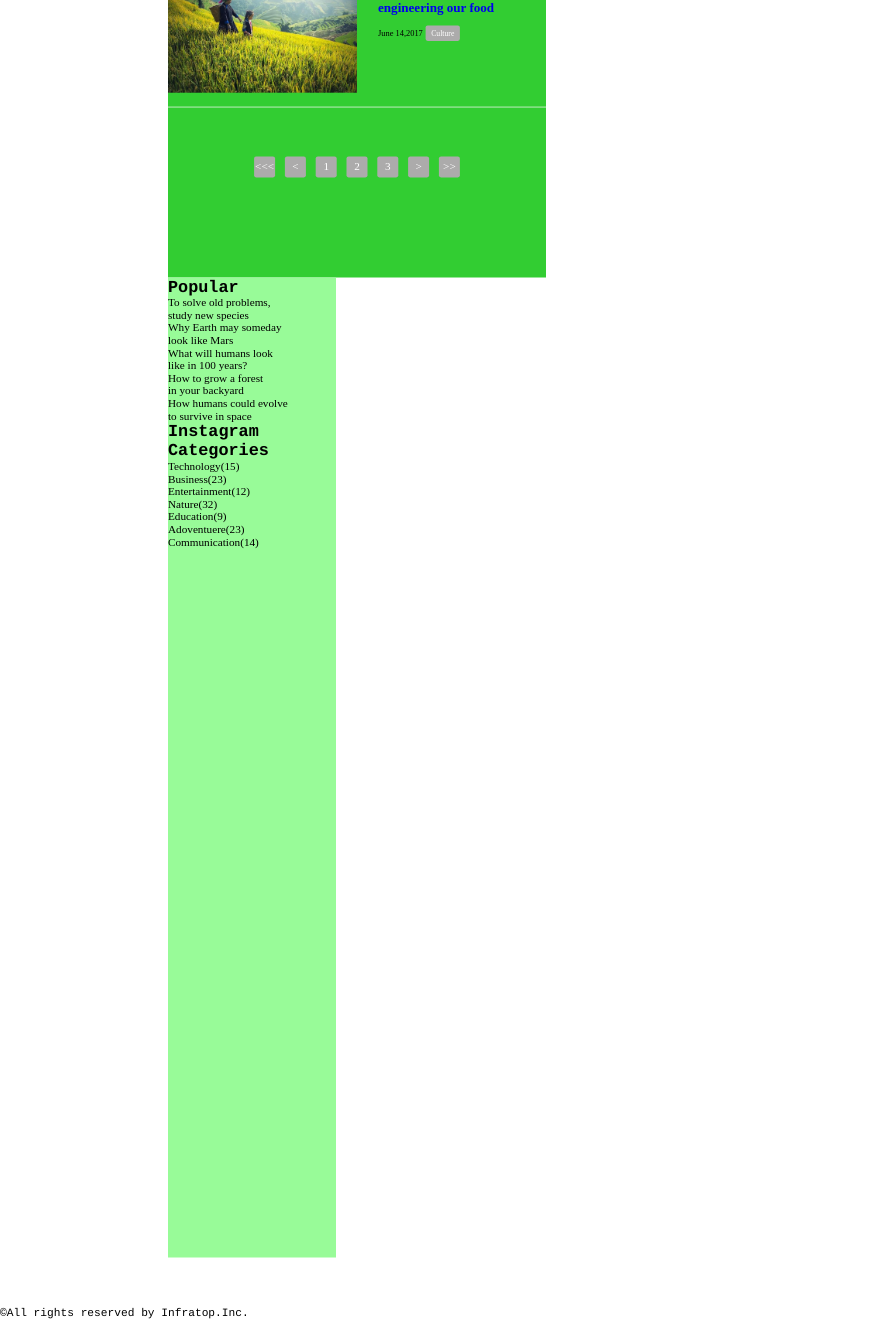
Repository: wakasugisatoi/git
Page: caravan/index2.html
The author's editor kept a record of every edit. The page is drawn from the files as they stood at one moment, then again after the next edit.
The browser window is 1280 px wide. The pictures show the part of the page from y = 4278 to 6198 px (the page is 6265 px tall), at 70% of full size.
Some web libraries are served in a nearby version.

Above is the page before.

After the next edit:
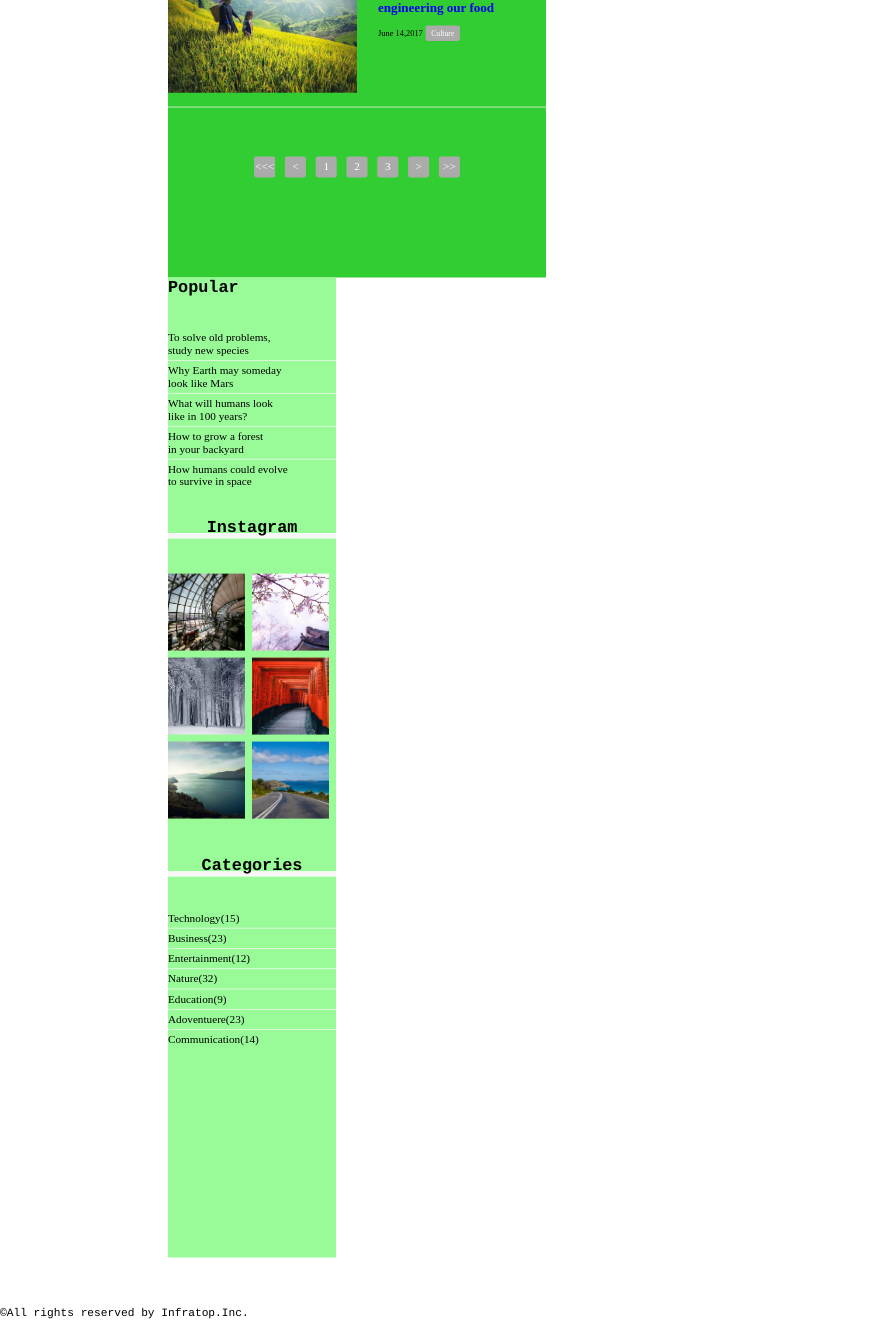
The edit:
--- a/caravan/style2.css
+++ b/caravan/style2.css
@@ -169,68 +169,68 @@
   background-color: palegreen;
 }
 
-/*.common-heading{*/
-/*  border-bottom: 8px solid #f7f7f7;*/
-/*  text-align: center;*/
-/*  line-height:0.6;*/
-/*}*/
-
-/*.sidebar-contents{*/
-/*  padding: 50px 0;*/
-/*}*/
-
-/*.popular-text,*/
-/*.categories-text{*/
-/*  padding-bottom: 5px;*/
-/*  border-bottom: 1px solid #f7f7f7;*/
-/*  margin-bottom: 5px;*/
-/*}*/
-/*.popular-text:last-child,*/
-/*.categories-text:last-child{*/
-/*  margin: 0;*/
-/*  padding: 0;*/
-/*  border:none;*/
-/*}*/
-
-/*.instagram .sidebar-contents{*/
-/*  display: flex;*/
-/*  flex-wrap: wrap;*/
-/*}*/
-
-/*.instagram-box{*/
-/*  width: 110px;*/
-/*  padding-top: 110px;*/
-/*  background-size: cover;*/
-/*  background-position: center;*/
-/*  margin-bottom: 10px;*/
-/*}*/
-/*.instagram-box:nth-child(odd){*/
-/*  margin:0 10px 10px 0;*/
-/*}*/
-
-/*.instagram-box:nth-child(1){*/
-/*  background-image: url(img/img/airport.jpg);*/
-/*}*/
-
-/*.instagram-box:nth-child(2){*/
-/*  background-image: url(img/img/japan.jpg);*/
-/*}*/
-
-/*.instagram-box:nth-child(3){*/
-/*  background-image: url(img/img/snow.jpg);*/
-/*}*/
-
-/*.instagram-box:nth-child(4){*/
-/*  background-image: url(img/img/japan2.jpg);*/
-/*}*/
-
-/*.instagram-box:nth-child(5){*/
-/*  background-image: url(img/img/lake.jpg);*/
-/*}*/
-
-/*.instagram-box:nth-child(6){*/
-/*  background-image: url(img/img/road.jpg);*/
-/*}*/
+.common-heading{
+  border-bottom: 8px solid #f7f7f7;
+  text-align: center;
+  line-height:0.6;
+}
+
+.sidebar-contents{
+  padding: 50px 0;
+}
+
+.popular-text,
+.categories-text{
+  padding-bottom: 5px;
+  border-bottom: 1px solid #f7f7f7;
+  margin-bottom: 5px;
+}
+.popular-text:last-child,
+.categories-text:last-child{
+  margin: 0;
+  padding: 0;
+  border:none;
+}
+
+.instagram .sidebar-contents{
+  display: flex;
+  flex-wrap: wrap;
+}
+
+.instagram-box{
+  width: 110px;
+  padding-top: 110px;
+  background-size: cover;
+  background-position: center;
+  margin-bottom: 10px;
+}
+.instagram-box:nth-child(odd){
+  margin:0 10px 10px 0;
+}
+
+.instagram-box:nth-child(1){
+  background-image: url(img/img/airport.jpg);
+}
+
+.instagram-box:nth-child(2){
+  background-image: url(img/img/japan.jpg);
+}
+
+.instagram-box:nth-child(3){
+  background-image: url(img/img/snow.jpg);
+}
+
+.instagram-box:nth-child(4){
+  background-image: url(img/img/japan2.jpg);
+}
+
+.instagram-box:nth-child(5){
+  background-image: url(img/img/lake.jpg);
+}
+
+.instagram-box:nth-child(6){
+  background-image: url(img/img/road.jpg);
+}
 
 footer{
   width: 100%;
